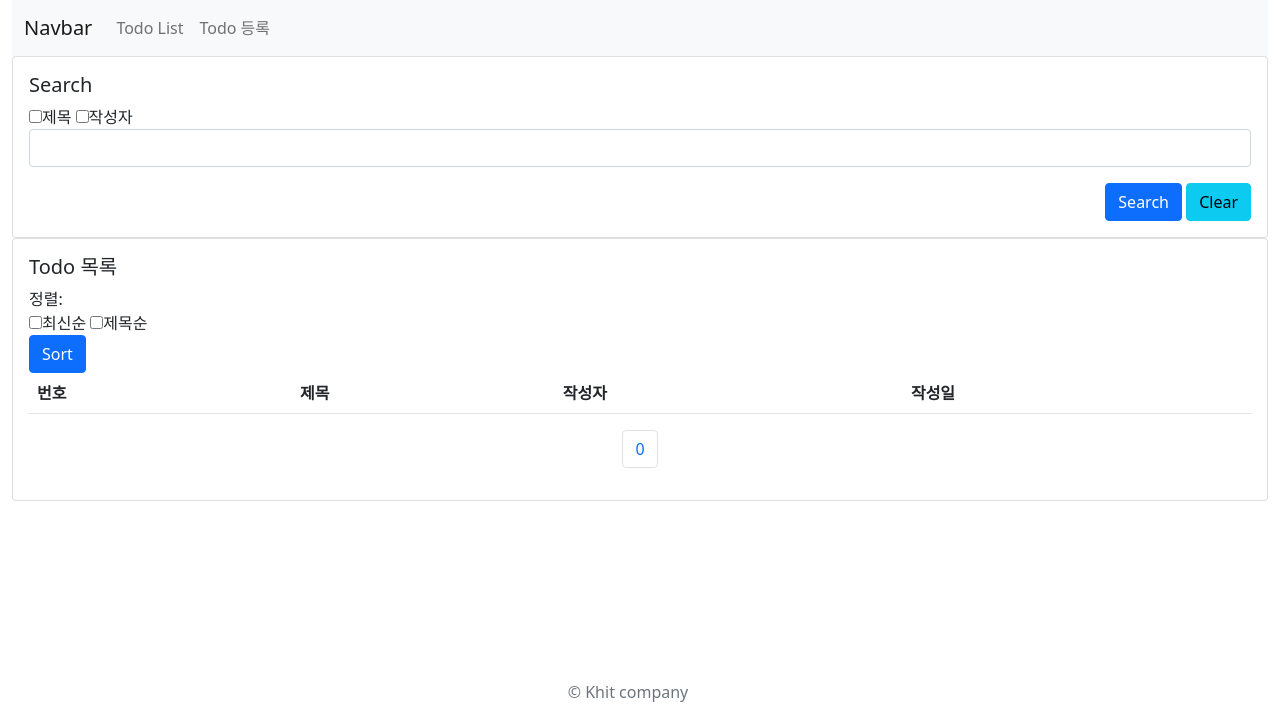
Repository: KyoungHwanJeong/springworks
Page: http://localhost/todoweb/WEB-INF/views/todo/pagelist.jsp
The author's editor kept a copy of each file at every save. The page is drawn from the files as they stood at one save, then again after a run of saves.
The browser window is 1280 px wide. The pictures show the whole page.
The page is served by Tomcat 9. Nobody is signed in. Other server files are loaded and not shown. The template is opened directly, without the code that normally fills it, so the values that code supplies are empty.

Above is the page before, as saved 2024-01-10 04:27:24.

### todoweb/src/main/webapp/WEB-INF/views/todo/pagelist.jsp
<%@ page language="java" contentType="text/html; charset=UTF-8"
    pageEncoding="UTF-8"%>
<%@ taglib uri="http://java.sun.com/jsp/jstl/core" prefix="c" %>
<%@ taglib uri="http://java.sun.com/jsp/jstl/fmt" prefix="fmt" %>

<!DOCTYPE html>
<html>
<head>
<meta charset="UTF-8">
<title>Todo 목록</title>
</head>
<body>
	<div class="container-fluid">
		<jsp:include page="../layout/header.jsp" />
		<!-- 검색 영역 -->
		<div class="row content">
			<div class="col">
				<div class="card">
					<div class="card-body">
						<h5 class="card-title">Search</h5>
						<form action="/todo/paging" method="get">
							<div class="mb-3">
								<input type="checkbox" name="types" value="t"
									${pageRequestDTO.checkType('t') ? 'checked' : '' }>제목
								<input type="checkbox" name="types" value="w"
									${pageRequestDTO.checkType('w') ? 'checked' : '' }>작성자
								<input type="text" name="keyword" class="form-control"
									value="${pageRequestDTO.keyword}">
							</div>
							<div class="mb-3">
								<div class="float-end">
									<button type="submit" class="btn btn-primary">Search</button>
									<button type="reset" class="btn btn-info btnClear">Clear</button>
								</div>
							</div>
						</form>
					</div>
				</div>
			</div>
		</div>

		<!-- 본문 영역 -->
		<div class="row content">
			<div class="col">
				<div class="card">
					<div class="card-body">
						<h5 class="card-title">Todo 목록</h5>
							<form action="/todo/list_sort" method="get" class="list_sort">
								<div>
								<label>정렬: </label>
								<div>
								<input type="checkbox" name="sorts" value="recent"
								${pageRequestDTO.checkSort('recent') ? 'checked' : '' }>최신순
								<input type="checkbox" name="sorts" value="popular"
								${pageRequestDTO.checkSort('popular') ? 'checked' : '' }>제목순
								</div>
								<div>
									<button type="submit" class="btn btn-primary">Sort</button>
								</div>

								<!-- <select class="sort">
									<option type="text" name="sort" value="recent">최신순</option>
									<option type="text" name="sort" value="popular">제목순</option>
								</select>
								<input type="submit" value="정렬하기"> -->
								</div>
							</form>
						<table class="table">
							<thead>
								<tr>
									<th>번호</th><th>제목</th><th>작성자</th><th>작성일</th>
								</tr>
							</thead>
							<tbody>
								<c:forEach items="${responseDTO.dtoList}" var="todo">
								<tr>
									<td>${todo.tno}</td>
									<td><a href="/todo?tno=${todo.tno}&page=${responseDTO.page}">${todo.title}</a></td>
									<td>${todo.writer}</td>
									<td><fmt:formatDate value="${todo.createdDate}" pattern="yyyy년  MM월 dd일 HH:mm:ss" /></td>
								</tr>
								</c:forEach>
							</tbody>

						</table>

						<!-- 페이징 처리 -->
						<div class ="d-flex justify-content-center">
							<ul class="pagination flex-wrap">
								<!-- 이전 페이지 -->
								<c:if test="${responseDTO.prev}">
									<li class="page-item">
										<a class="page-link" href="/todo/paging?page=${responseDTO.startPage-1}">Previous</a>
									</li>
								</c:if>

								<!-- 페이지 번호 -->
								<c:forEach var="num" begin="${responseDTO.startPage}" end="${responseDTO.endPage}">
									<li class="page-item ${responseDTO.page eq num ? 'active' : '' }" >
										<a href="/todo/paging?page=${num}" class="page-link">${num}</a>
									</li>
								</c:forEach>

								<!-- 다음 페이지 -->
								<c:if test="${responseDTO.next}">
									<li class="page-item">
										<a class="page-link" href="/todo/paging?page=${responseDTO.endPage+1}">Next</a>
									</li>
								</c:if>
							</ul>
						</div><!-- 페이징 처리 -->
					</div>
				</div>
			</div>
		</div>	<!-- 본문 영역 닫기 -->
		<jsp:include page="../layout/footer.jsp"></jsp:include>
	</div>
	<script>
		//검색 조건 초기화
		let btnClear = document.querySelector(".btnClear");

		btnClear.addEventListener("click", function(){
			location.href = "/todo/paging";
		});

	</script>
</body>
</html>

### todoweb/src/main/webapp/WEB-INF/views/layout/header.jsp
<%@ page language="java" contentType="text/html; charset=UTF-8"
    pageEncoding="UTF-8"%>
<%@ taglib uri="http://java.sun.com/jsp/jstl/core" prefix="c" %>
<link href="https://cdn.jsdelivr.net/npm/bootstrap@5.1.3/dist/css/bootstrap.min.css" rel="stylesheet" integrity="sha384-1BmE4kWBq78iYhFldvKuhfTAU6auU8tT94WrHftjDbrCEXSU1oBoqyl2QvZ6jIW3" crossorigin="anonymous">
<script src="https://cdn.jsdelivr.net/npm/bootstrap@5.1.3/dist/js/bootstrap.bundle.min.js" integrity="sha384-ka7Sk0Gln4gmtz2MlQnikT1wXgYsOg+OMhuP+IlRH9sENBO0LRn5q+8nbTov4+1p" crossorigin="anonymous"></script>
<header>
<nav class="navbar navbar-expand-lg navbar-light bg-light">
  <div class="container-fluid">
    <a class="navbar-brand" href="/">Navbar</a>
    <button class="navbar-toggler" type="button" data-bs-toggle="collapse" data-bs-target="#navbarSupportedContent" aria-controls="navbarSupportedContent" aria-expanded="false" aria-label="Toggle navigation">
      <span class="navbar-toggler-icon"></span>
    </button>
    <div class="collapse navbar-collapse" id="navbarSupportedContent">
      <ul class="navbar-nav me-auto mb-2 mb-lg-0">
        <li class="nav-item">
          <a class="nav-link" href="/todo/paging">Todo List</a>
        </li>
        <li class="nav-item">
          <a class="nav-link" href="/todo/register">Todo 등록</a>
        </li>
      </ul>
    </div>
  </div>
</nav>

</header>

### todoweb/src/main/webapp/WEB-INF/views/layout/footer.jsp
<%@ page language="java" contentType="text/html; charset=UTF-8"
    pageEncoding="UTF-8"%>
<div class="row footer">
	<div class="row fixed-bottom">
		<footer>
			<p class="text-center text-muted">&copy; Khit company</p>
		</footer>
	</div>
</div>

After the next 2 saves:
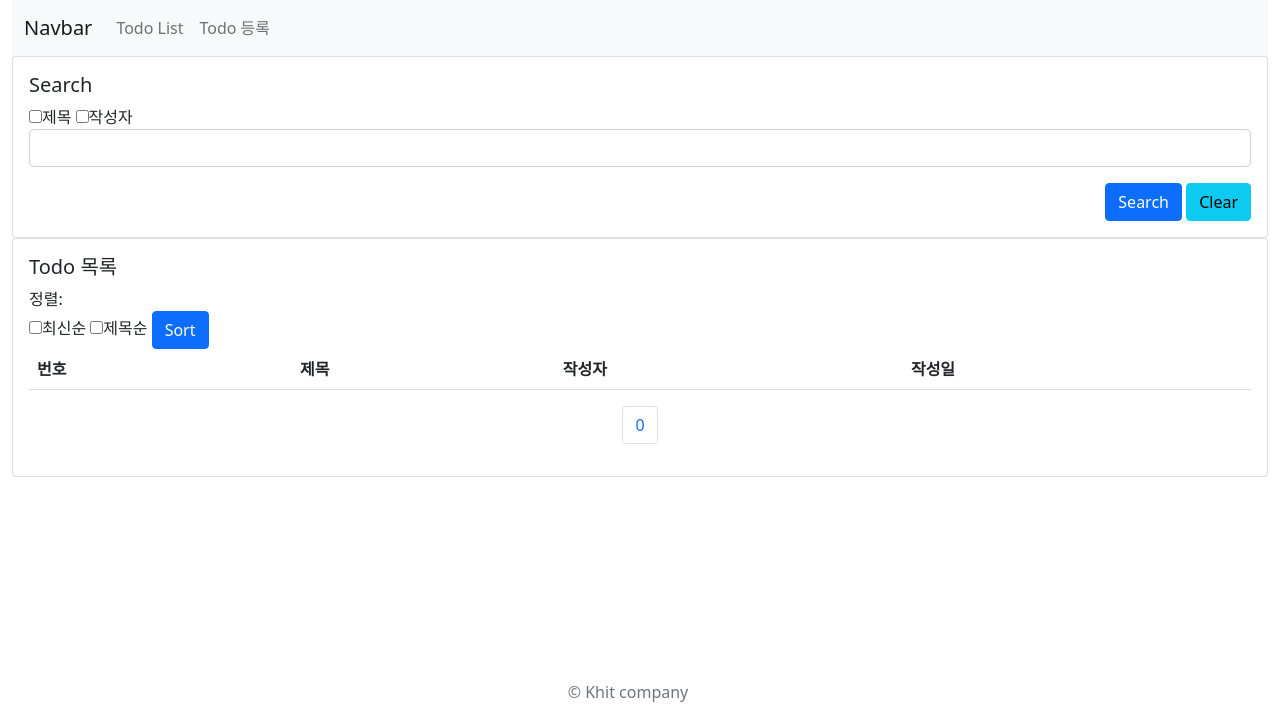
The 2 saves are shown as one change because they came seconds apart.
The last was saved 22 s later.
--- a/todoweb/src/main/webapp/WEB-INF/views/todo/pagelist.jsp
+++ b/todoweb/src/main/webapp/WEB-INF/views/todo/pagelist.jsp
@@ -53,9 +53,7 @@
 								${pageRequestDTO.checkSort('recent') ? 'checked' : '' }>최신순
 								<input type="checkbox" name="sorts" value="popular"
 								${pageRequestDTO.checkSort('popular') ? 'checked' : '' }>제목순
-								</div>
-								<div>
-									<button type="submit" class="btn btn-primary">Sort</button>
+								<button type="submit" class="btn btn-primary">Sort</button>
 								</div>
 
 								<!-- <select class="sort">
